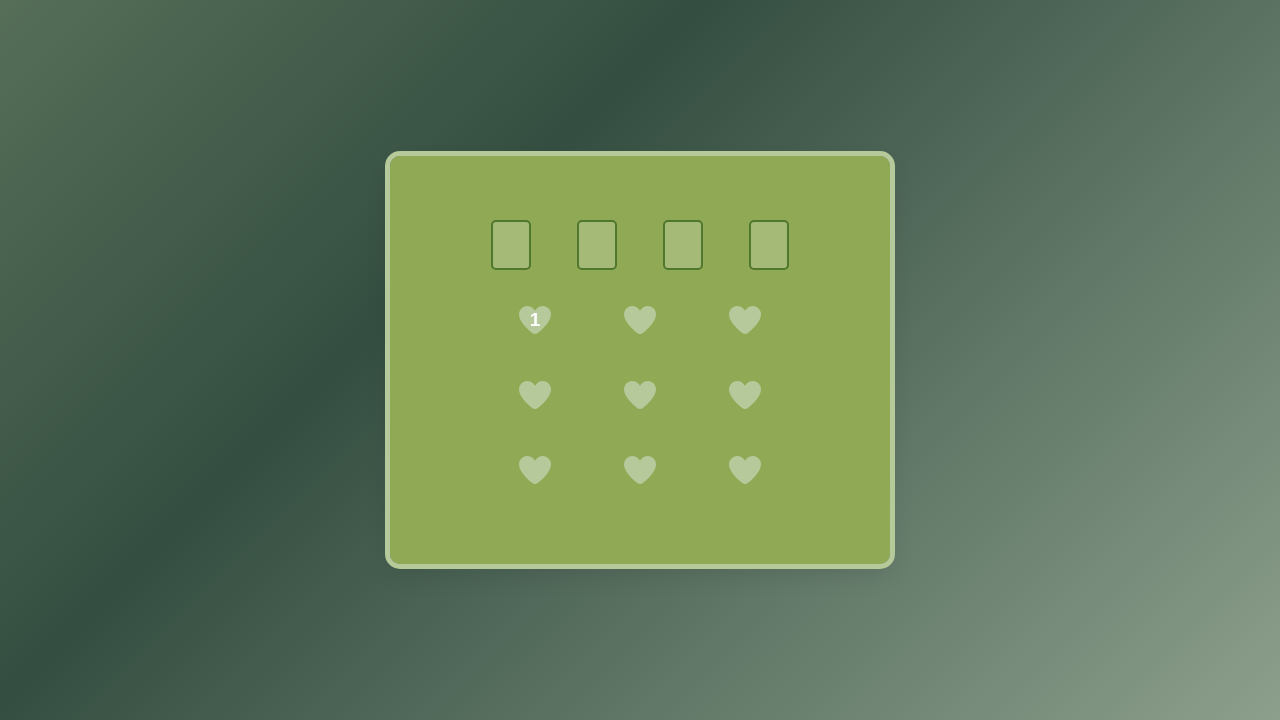
Repository: jahatesu/project-cutie
Page: index.html
The author's editor kept a copy of each file at every save. The page is drawn from the files as they stood at one save, then again after a run of saves.
The browser window is 1280 px wide. The pictures show the whole page.
Some web libraries are served in a nearby version.

Above is the page before, as saved 2025-08-14 21:23:04.
Console error: TypeError: Cannot read properties of null (reading 'getBoundingClientRect')

After the next 9 saves:
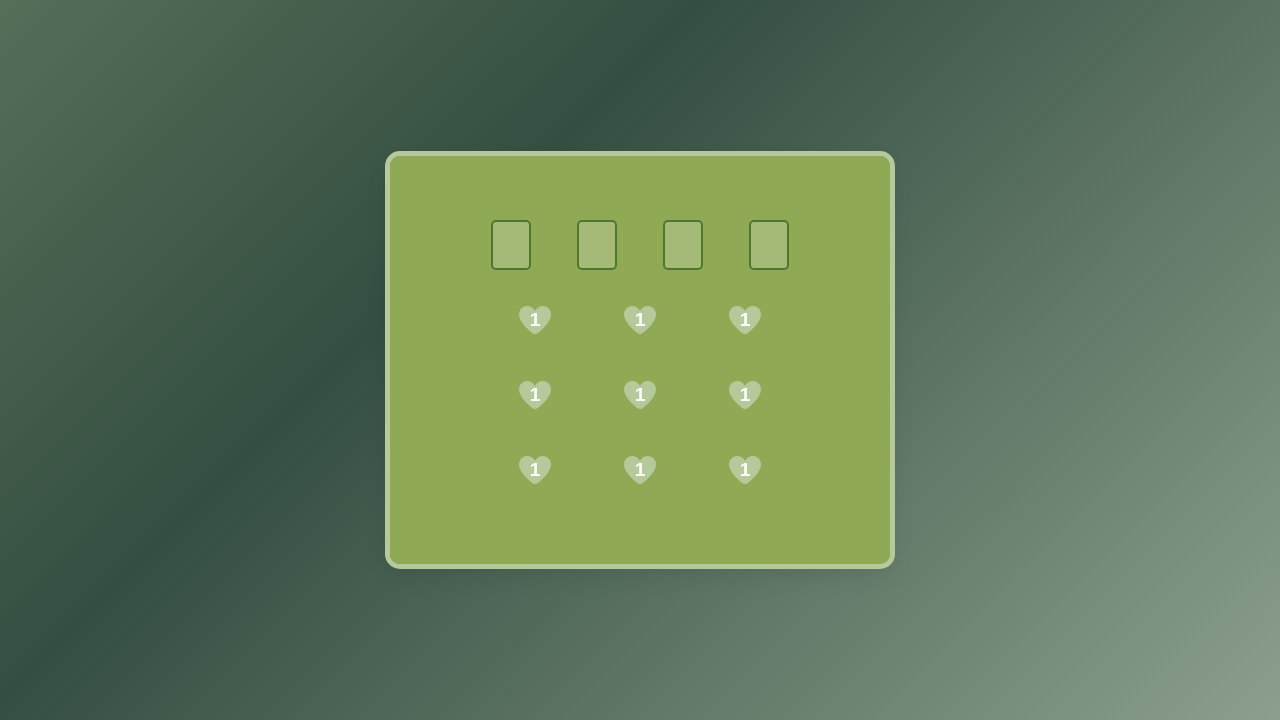
The 9 saves are shown as one change because they came seconds apart.
The last was saved 30 s later.
--- a/index.html
+++ b/index.html
@@ -29,14 +29,14 @@
          <!-- HEART BUTTONS -->
          <div class="heart-pad">
             <button data-num="1"><i class="fa-solid fa-heart"></i><span>1</span></button>
-            <button data-num="2"><i class="fa-solid fa-heart"></i>2</button>
-            <button data-num="3"><i class="fa-solid fa-heart"></i>3</button>
-            <button data-num="4"><i class="fa-solid fa-heart"></i>4</button>
-            <button data-num="5"><i class="fa-solid fa-heart"></i>5</button>
-            <button data-num="6"><i class="fa-solid fa-heart"></i>6</button>
-            <button data-num="7"><i class="fa-solid fa-heart"></i>7</button>
-            <button data-num="8"><i class="fa-solid fa-heart"></i>8</button>
-            <button data-num="9"><i class="fa-solid fa-heart"></i>9</button>
+            <button data-num="2"><i class="fa-solid fa-heart"></i><span>1</span></button>
+            <button data-num="3"><i class="fa-solid fa-heart"></i><span>1</span></button>
+            <button data-num="4"><i class="fa-solid fa-heart"></i><span>1</span></button>
+            <button data-num="5"><i class="fa-solid fa-heart"></i><span>1</span></button>
+            <button data-num="6"><i class="fa-solid fa-heart"></i><span>1</span></button>
+            <button data-num="7"><i class="fa-solid fa-heart"></i><span>1</span></button>
+            <button data-num="8"><i class="fa-solid fa-heart"></i><span>1</span></button>
+            <button data-num="9"><i class="fa-solid fa-heart"></i><span>1</span></button>
         </div>
     </div>
 
